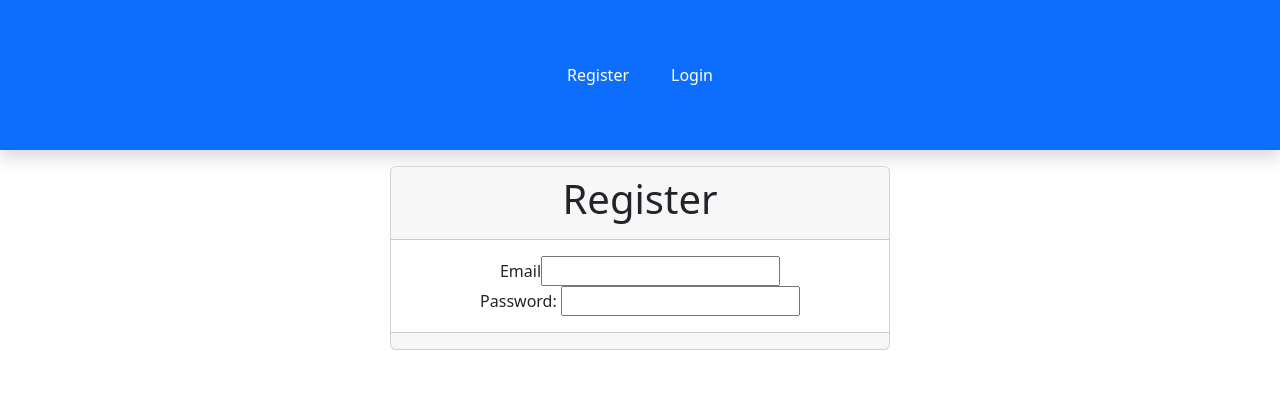
Repository: loveleii/firebase-login-logout
Page: /
An editor plug-in stored every save of this project. The page is shown before and after the next save, followed by the edit.
The browser window is 1280 px wide. The pictures show the whole page.
The project was rebuilt for these pictures with package versions that can differ from the ones it lists, and the page was loaded fresh each time. Also part of the build but not shown: vite.config.ts, src/views/loginView.vue, src/assets/main.css.

Above is the page before, as saved 2023-03-04 19:33:39.

### src/main.js
import { createApp } from 'vue'
import { createPinia } from 'pinia'

import App from './App.vue'
import router from './router'
import "bootstrap/dist/css/bootstrap.min.css"
import bootstrap from "bootstrap/dist/js/bootstrap.bundle.js"

import './assets/main.css'

const app = createApp(App)

app.use(createPinia())
app.use(router)

app.mount('#app')

### src/App.vue
<script setup lang="ts">
import { RouterLink, RouterView } from 'vue-router'

</script>

<template>
  <div>
        <header class="bg-primary p-5 shadow">
            <div class="container_header">
                <div class="d-flex">
                    <RouterLink to="/" style="text-decoration: none;"><text class="text-white m-2 btn btn-primary">Register</text></RouterLink>
                    <RouterLink to="/login" style="text-decoration: none;"><text class="text-white m-2 btn btn-primary">Login</text></RouterLink>
                </div>
            </div>
        </header>
    </div>
    <div class="center_container m-3 rounded text-center">
      <RouterView />
    </div>

</template>

<style>
.container_header{
  display: grid;
  place-content: center;
}
.center_container{
  display: grid;
  place-content: center;
}

</style>

### src/router/index.js
import { createRouter, createWebHistory } from 'vue-router'
import registerView from '../views/registerView.vue'
import loginView from '../views/loginView.vue'

const router = createRouter({
  history: createWebHistory(import.meta.env.BASE_URL),
  routes: [
    {
      path: '/',
      name: 'reg',
      component: registerView
    },
    {
      path: '/login',
      name: 'log',
      component: loginView
    },

  ]
})

export default router

### src/views/registerView.vue
<template>
    <div class="card">
        <div class="card-header">
            <h1>Register</h1>
        </div>
        <div class="card-body">
            <label for="">Email</label>
            <input type="text" name="" id=""> <br>
            Password: <input type="text" name="" id="">

        </div>
        <div class="card-footer">

        </div>
    </div>
</template>

<script>


</script>
<style>
.card{
    width: 500px;
}
</style>

Loaded but not shown: index.html (common file)

After the next save:
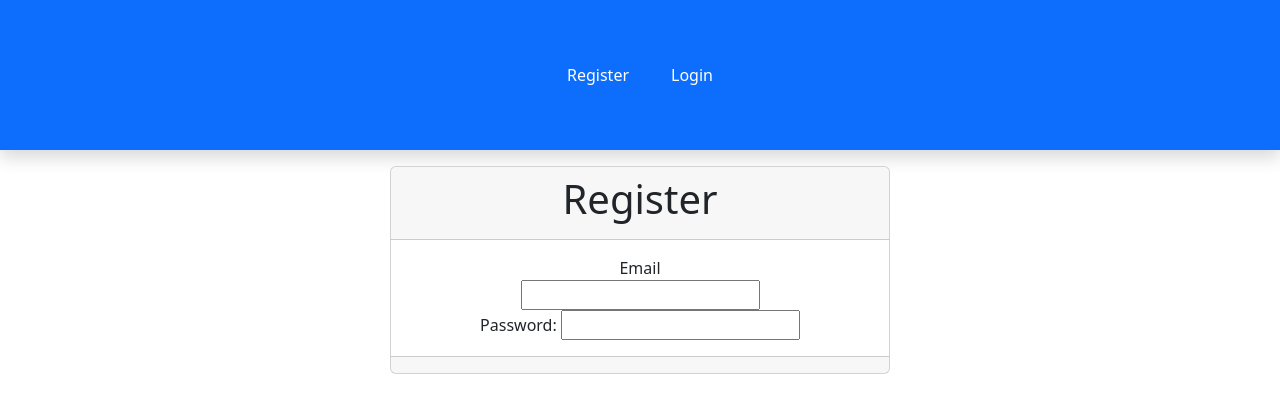
Saved 4 s later.
--- a/src/views/registerView.vue
+++ b/src/views/registerView.vue
@@ -4,7 +4,7 @@
             <h1>Register</h1>
         </div>
         <div class="card-body">
-            <label for="">Email</label>
+            <label for="">Email</label> <br>
             <input type="text" name="" id=""> <br>
             Password: <input type="text" name="" id="">
 
